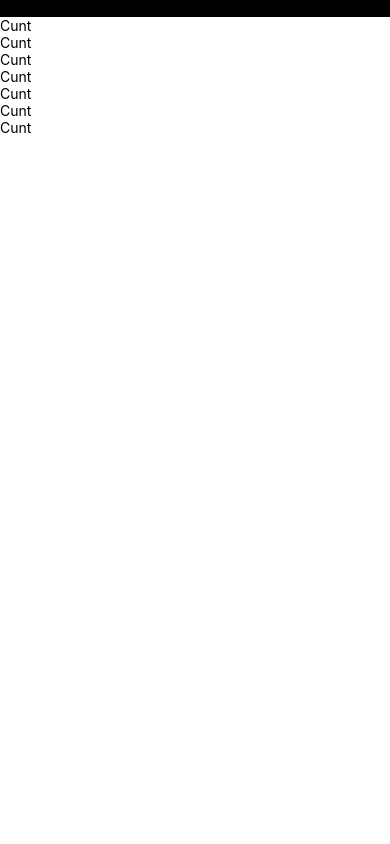
Repository: ph0ph0/ReactNative--UK-Property-App
Screen: /
These files come from the project's save history. The screen is drawn as it stood at one moment and after the next save; the edit follows.
The app was drawn by React Native's web renderer in a window 390 px wide. The project was rebuilt for these pictures with package versions that can differ from the ones it lists, and the page was loaded fresh each time.

Above is the screen before, as saved 2019-11-16 20:25:54.

After the next save:
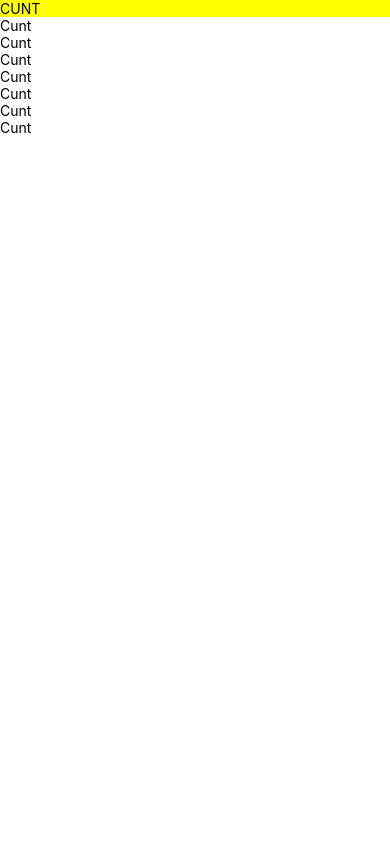
Saved 12 s later.
--- a/App.tsx
+++ b/App.tsx
@@ -31,7 +31,7 @@ const App = () => {
     <Fragment>
       <View
         style={{
-          backgroundColor: 'black',
+          backgroundColor: 'yellow',
           borderColor: 'black',
         }}>
         <Text>CUNT</Text>
